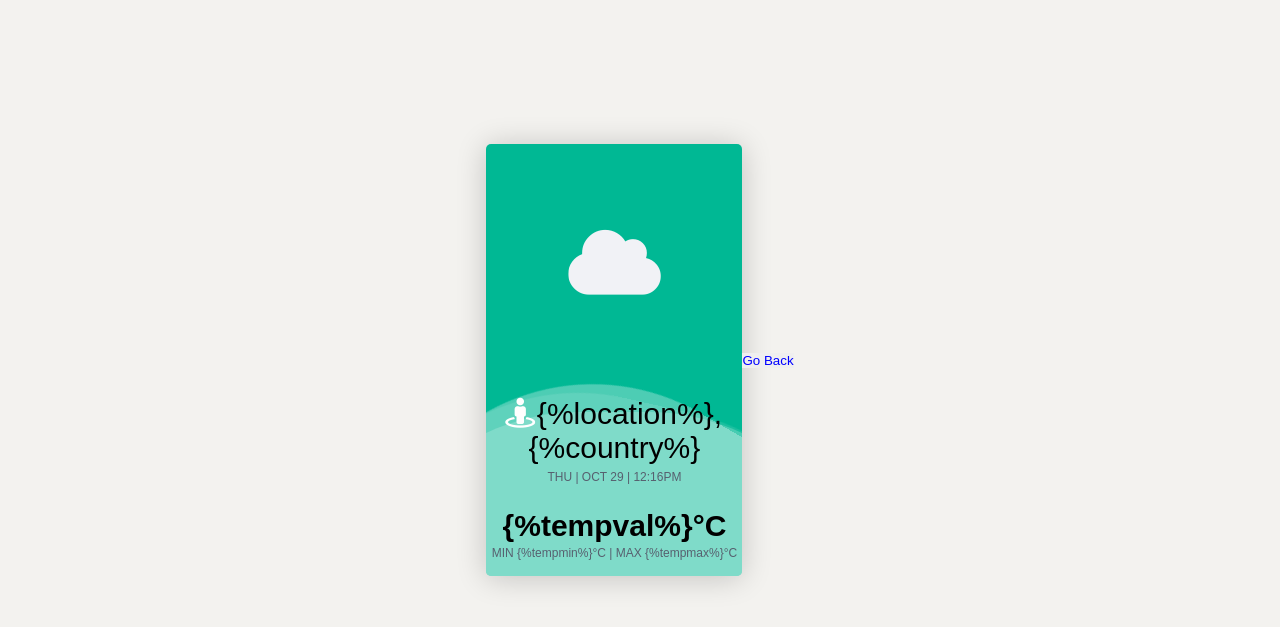
Repository: AalokJadhav/Weather_Website
Page: home.html
The author's editor kept a copy of each file at every save. The page is drawn from the files as they stood at one save, then again after the next save.
The browser window is 1280 px wide. The pictures show the whole page.
Some web libraries are served in a nearby version.

Above is the page before, as saved 2020-11-03 08:33:37.

After the next save:
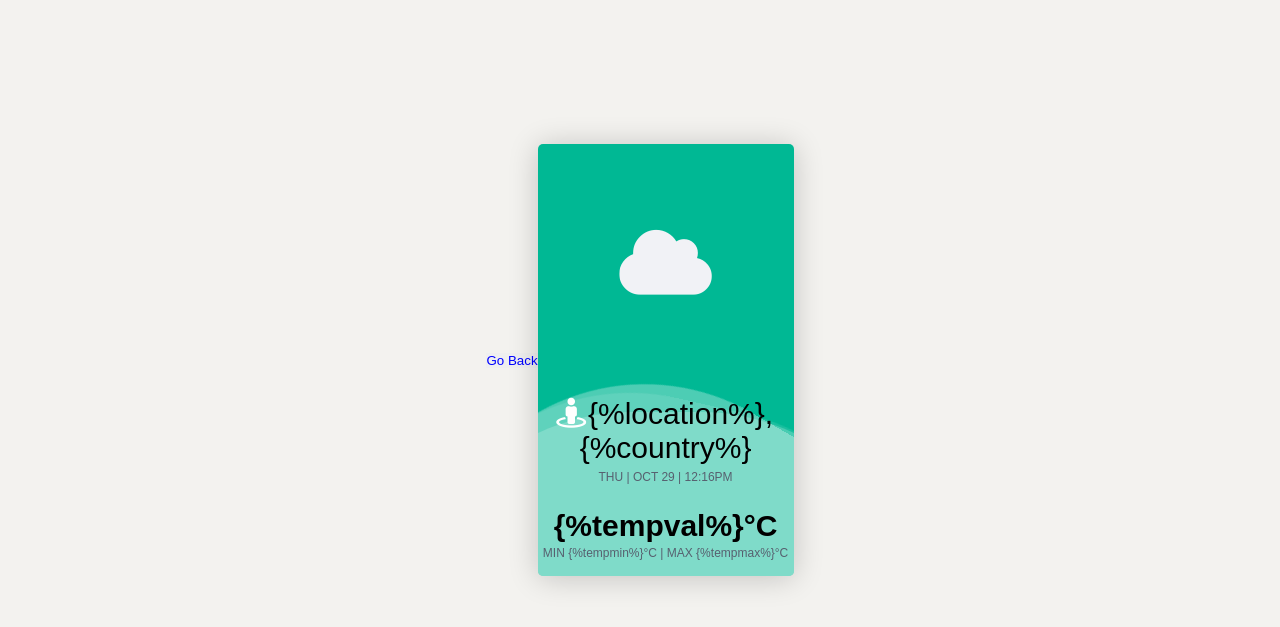
Saved 28 s later.
--- a/home.html
+++ b/home.html
@@ -211,6 +211,7 @@
     <title>Weather App</title>
 </head>
 <body>
+    <button onclick="goBack()" style="color: blue; position:relative; border: currentColor;">Go Back</button>
 
     <div class="box">
         <div class="wave -one"></div>
@@ -229,7 +230,6 @@
         </div>
     </div>
 <br>
-<button onclick="goBack()" style="color: blue; position:relative; border: currentColor;">Go Back</button>
 
     <script>
         const curDate = document.getElementById('date');
